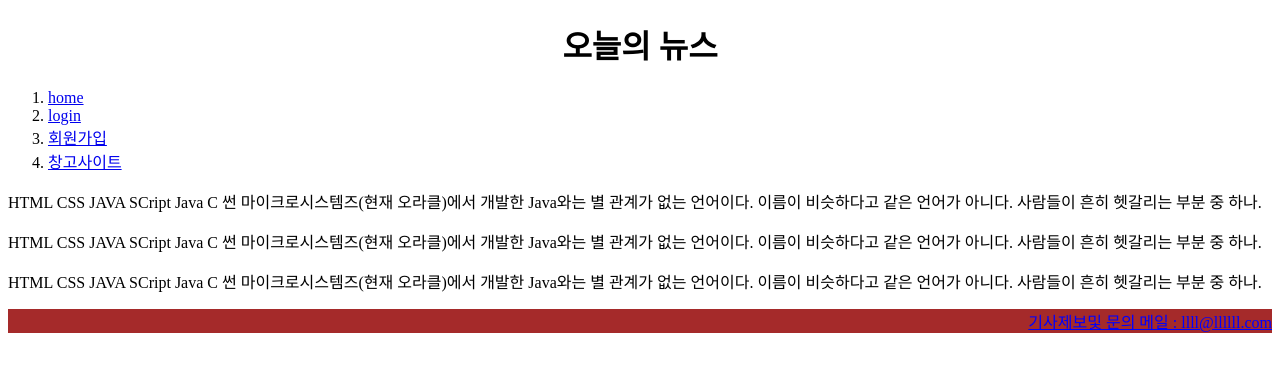
Repository: ssleap/multicampusIoT
Page: workspace190520/edu2/WebContent/test02.html
An editor plug-in stored every save of this project. The page is shown before and after the next save, followed by the edit.
The browser window is 1280 px wide. The pictures show the whole page.

Above is the page before, as saved 2019-05-22 06:40:48.

After the next save:
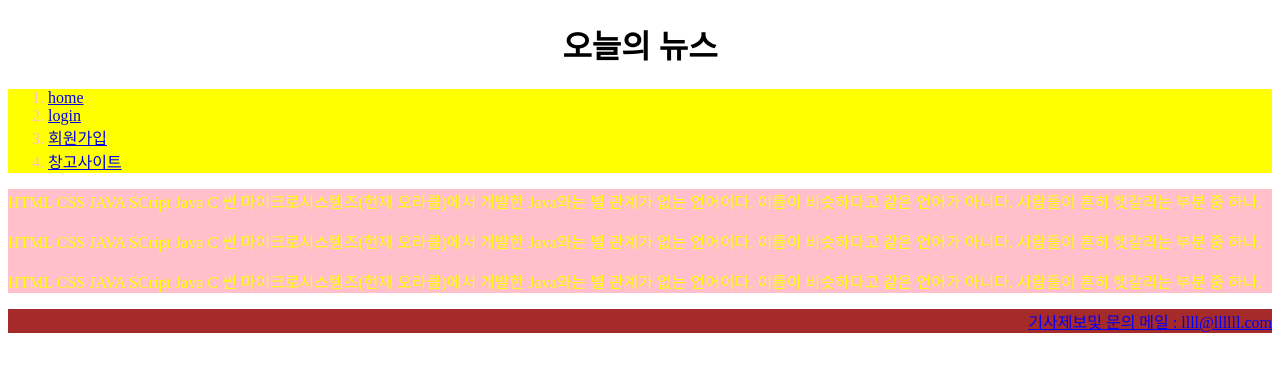
Saved 106 s later.
--- a/workspace190520/edu2/WebContent/test02.html
+++ b/workspace190520/edu2/WebContent/test02.html
@@ -20,6 +20,24 @@
 		background-color: brown;
 
 	}
+
+	#menu{
+
+		color: pink;
+		text-align: left;
+		background-color: yellow;
+	}
+
+	#main{
+
+		color : yellow;
+		background-color: pink;
+
+	}
+
+
+
+
 
 </style>
 </head>
